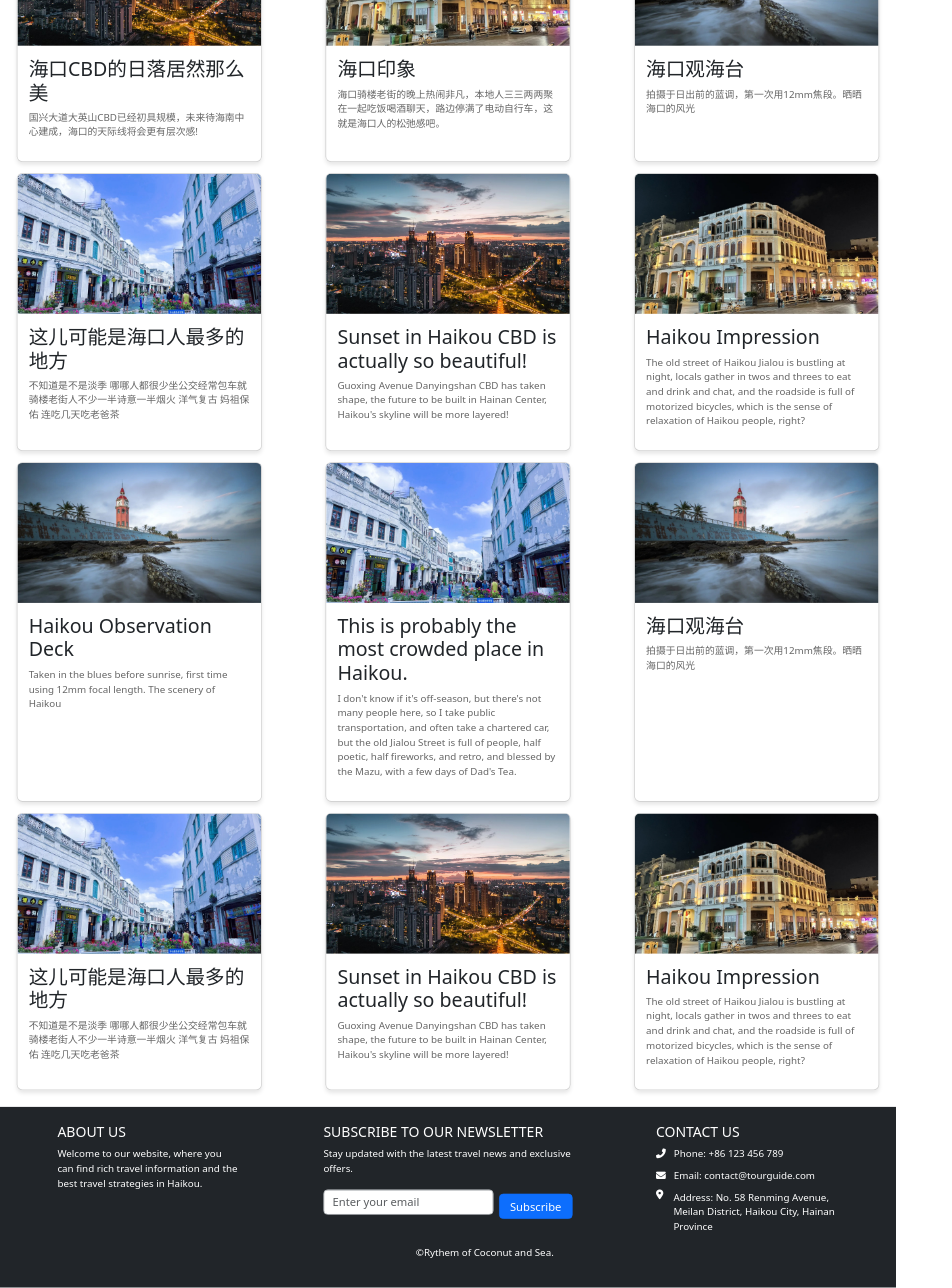
Repository: NIIT-RG6/web-project
Page: /community
These files come from the project's save history. The page is drawn as it stood at one moment and after the next save; the edit follows.
The browser window is 1280 px wide. The page is 1360 px wide, so the pictures cover 1360 px, including what lies to the right of the window. The pictures show the part of the page from y = 895 to 2735 px (the page is 2735 px tall), at 70% of full size.
The project was rebuilt for these pictures with package versions that can differ from the ones it lists, and the page was loaded fresh each time. Also part of the build but not shown: vue.config.js, src/views/HomePage.vue, src/views/College.vue, src/views/Foods.vue, src/views/Park.vue, src/views/Sky.vue, src/views/Street.vue, src/views/StrategyHome.vue and 2 more. Imported but missing from the stored project, and not drawn on this page: src/assets/js/vuetify.js.

Above is the page before, as saved 2024-10-25 04:08:32.

After the next save:
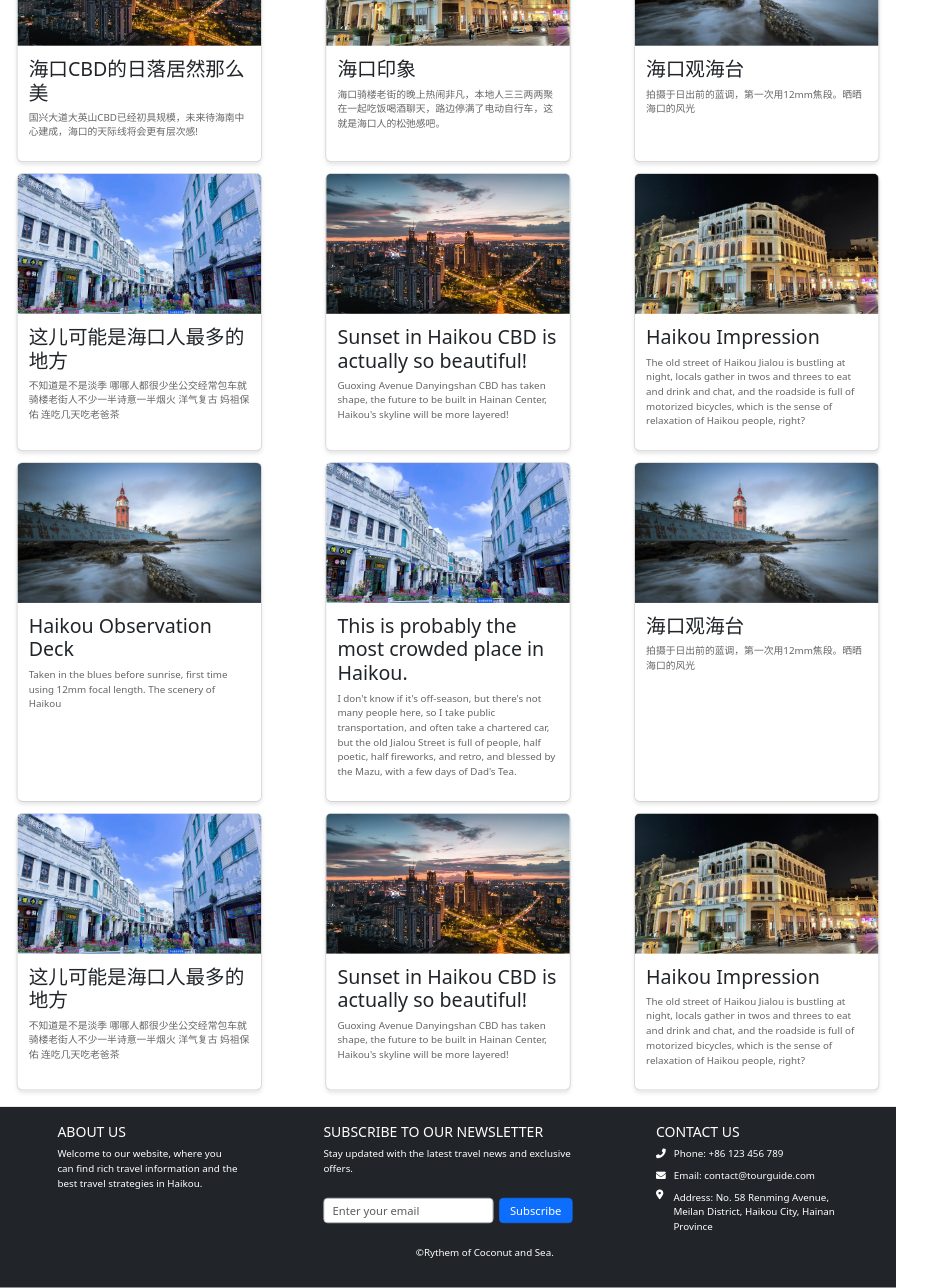
Saved 5 s later.
--- a/src/components/AppFooter.vue
+++ b/src/components/AppFooter.vue
@@ -16,7 +16,7 @@
                     <p>Stay updated with the latest travel news and exclusive offers.</p>
                     <form class="d-flex align-items-center">
                         <div class="mb-3 me-2 flex-grow-1">
-                            <input type="email" class="form-control custom-input mt-1" placeholder="Enter your email" />
+                            <input type="email" class="form-control custom-input mt-3" placeholder="Enter your email" />
                         </div>
                         <button type="submit" class="btn btn-primary btn-custom">Subscribe</button>
                     </form>
